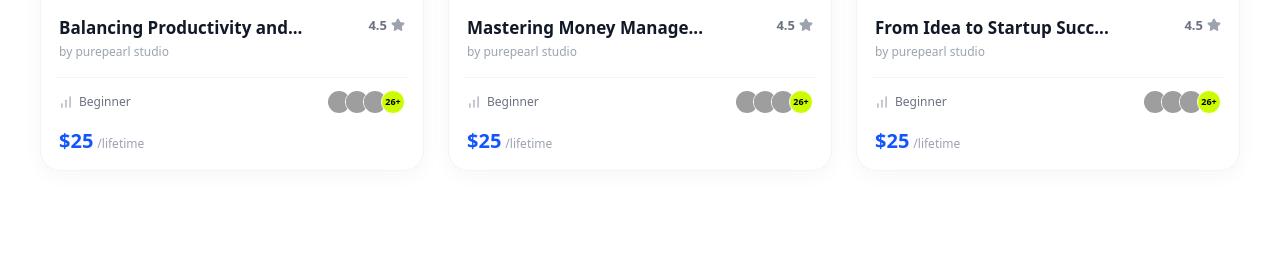
Repository: mdkawsarjomadder/bytespace
Page: /
These files come from the project's save history. The page is drawn as it stood at one moment and after the next save; the edit follows.
The browser window is 1280 px wide. The pictures show the part of the page from y = 2355 to 3147 px (the page is 2622 px tall before and 3147 px after).
Pictures or frames that could not be fetched are drawn as grey boxes. Some web fonts or font styles are not loaded; a fallback is used. The project was rebuilt for these pictures with package versions that can differ from the ones it lists, and the page was loaded fresh each time. Also part of the build but not shown: vite.config.js.

Above is the page before, as saved 2026-09-29 23:41:34.

### index.html
<!doctype html>
<html lang="en">
  <head>
    <meta charset="UTF-8" />
    <link rel="icon" type="image/svg+xml" href="/favicon.svg" />
    <meta name="viewport" content="width=device-width, initial-scale=1.0" />
    <title>bytespace</title>
  </head>
  <body>
    <div id="root"></div>
    <script type="module" src="/src/main.jsx"></script>
    <link href="https://api.fontshare.com/v2/css?f[]=satoshi@400,500,700&display=swap" rel="stylesheet">
  </body>
</html>

### src/App.jsx
import React from 'react';
import Navbar from './components/Navbar';
import Hero from './components/Hero';
import CategoryPills from './components/CategoryPills';
import CourseGrid from './components/CourseGrid';

function App() {
  return (
    <div className="min-h-screen bg-gray-50 font-sans">
      <Navbar />
      <Hero />
      < CategoryPills/>
      < CourseGrid/>
    </div>
  );
}

export default App;

### src/components/Navbar.jsx
import React from 'react';
import { ShoppingBag } from 'lucide-react';

const Navbar = () => {
  return (
    <header className="w-full h-[120px] bg-[#1456fd] border-b border-blue-400/20 pl-[122px] pr-16 flex items-center justify-between relative z-50">
      {/* 1. Brand Logo (Figma Specs: 171px x 37px) */}
      <div
        className="w-[171px] h-[37px] flex items-center gap-3 cursor-pointer select-none"
        style={{ opacity: 1 }}
      >
        {/* Play Icon Logo */}
        <div className="w-[37px] h-[37px] rounded-full bg-[#d2fb1b] flex items-center justify-center shrink-0">
          <svg
            className="w-4 h-4 text-black fill-current translate-x-0.5"
            viewBox="0 0 24 24"
          >
            <path d="M8 5v14l11-7z" />
          </svg>
        </div>
        {/* Logo Text */}
        <span className="text-[28px] font-bold tracking-tight text-white leading-none font-['Satoshi']">
          ByteSpace
        </span>
      </div>

      {/* 2. Navigation Links */}
      <nav className="hidden md:flex items-center gap-8 font-['Satoshi']">
        <a
          href="#home"
          className="text-[#F5F5F6] text-[16px] leading-[160%] font-normal hover:text-[#d2fb1b] transition-colors"
        >
          Home
        </a>
        <a
          href="#courses"
          className="w-[58px] h-[26px] flex items-center text-[#F5F5F6] text-[16px] leading-[160%] font-normal hover:text-[#d2fb1b] transition-colors"
          style={{ opacity: 1 }}
        >
          Courses
        </a>
        <a
          href="#creators"
          className="text-[#F5F5F6] text-[16px] leading-[160%] font-normal hover:text-[#d2fb1b] transition-colors"
        >
          Creators
        </a>
      </nav>

      {/* 3. Action Buttons & Cart */}
      <div className="flex items-center gap-6 font-['Satoshi']">
        <button
          className="w-[49px] h-[24px] flex items-center justify-center text-[#F5F5F6] text-[16px] leading-[24px] font-normal hover:text-white/80 transition-colors"
          style={{ opacity: 1 }}
        >
          Sign In
        </button>
        <button
          className="h-[24px] px-2 flex items-center justify-center text-[#F5F5F6] text-[16px] leading-[24px] font-normal hover:text-white/80 transition-colors"
          style={{ opacity: 1 }}
        >
          Join us
        </button>
        <button className="text-[#F5F5F6] hover:text-[#d2fb1b] transition-colors flex items-center justify-center ml-2">
          <ShoppingBag size={22} strokeWidth={2} />
        </button>
      </div>
    </header>
  );
};

export default Navbar;

### src/components/CategoryPills.jsx
import React, { useState } from 'react';

const CategoryPills = () => {
  const [activeCategory, setActiveCategory] = useState('Featured');

  // ফিগমার হুবহু ৩টি সারি
  const row1 = [
    'Featured',
    'Music',
    'Drawing & Painting',
    'Marketing',
    'Animation',
    'Social Media',
    'UI/UX Design',
    'Creative Marketing',
  ];

  const row2 = [
    'Digital Illustration',
    'Film & Video',
    'Crafts',
    'Freelance & Entrepreneurship',
    'Graphic Design',
    'Photography',
  ];

  const row3 = [
    'Productivity',
    'Web Development',
    'Data Science',
    'Cooking',
  ];

  return (
    <section className="w-full bg-white pt-24 pb-20 px-4 flex flex-col items-center text-center">
      <div className="w-full max-w-[1200px] mx-auto flex flex-col items-center">

        {/* Title */}
        <h2 className="text-3xl md:text-[44px] font-bold text-[#141518] tracking-tight leading-[1.2] font-['Satoshi',sans-serif]">
          Discover Your Passion, <br /> Build Your Skills
        </h2>

        {/* Subtitle */}
        <p className="mt-4 text-[15px] text-gray-500 max-w-[650px] leading-relaxed font-normal">
          At Bytespace Courses, we bring you closer to life-changing knowledge. Explore a variety of courses across different fields, from technology to the arts, and make a difference in your career and life.
        </p>

        {/* Category Filter Pills (Strict 3 Rows) */}
        <div className="mt-12 flex flex-col items-center gap-3.5 w-full">

          {/* Row 1: 8 Items (No wrap on large screens) */}
          <div className="flex flex-wrap lg:flex-nowrap justify-center items-center gap-2.5">
            {row1.map((item) => (
              <button
                key={item}
                onClick={() => setActiveCategory(item)}
                className={`px-4 py-2 rounded-full text-[13px] font-medium transition-all whitespace-nowrap cursor-pointer ${
                  activeCategory === item
                    ? 'bg-[#CBFC01] text-black font-semibold'
                    : 'bg-[#F4F5F7] text-gray-700 hover:bg-gray-200'
                }`}
              >
                {item}
              </button>
            ))}
          </div>

          {/* Row 2: 6 Items */}
          <div className="flex flex-wrap lg:flex-nowrap justify-center items-center gap-2.5">
            {row2.map((item) => (
              <button
                key={item}
                onClick={() => setActiveCategory(item)}
                className={`px-4 py-2 rounded-full text-[13px] font-medium transition-all whitespace-nowrap cursor-pointer ${
                  activeCategory === item
                    ? 'bg-[#CBFC01] text-black font-semibold'
                    : 'bg-[#F4F5F7] text-gray-700 hover:bg-gray-200'
                }`}
              >
                {item}
              </button>
            ))}
          </div>

          {/* Row 3: 4 Items + More Button */}
          <div className="flex flex-wrap justify-center items-center gap-2.5">
            {row3.map((item) => (
              <button
                key={item}
                onClick={() => setActiveCategory(item)}
                className={`px-4 py-2 rounded-full text-[13px] font-medium transition-all whitespace-nowrap cursor-pointer ${
                  activeCategory === item
                    ? 'bg-[#CBFC01] text-black font-semibold'
                    : 'bg-[#F4F5F7] text-gray-700 hover:bg-gray-200'
                }`}
              >
                {item}
              </button>
            ))}

            {/* + More Button */}
            <button className="px-3 py-2 text-[13px] font-semibold text-[#1456fd] hover:underline cursor-pointer flex items-center gap-1">
              + More
            </button>
          </div>

        </div>

      </div>
    </section>
  );
};

export default CategoryPills;

### src/components/CourseGrid.jsx
import React from 'react';
import { Star, BarChart } from 'lucide-react';

const courses = [
  {
    id: 1,
    title: 'Learn Figma from Basic',
    author: 'purepearl studio',
    rating: '4.5',
    lessons: '17 Lessons',
    duration: '2 hours 16 mins',
    comments: '59 Comments',
    level: 'Beginner',
    price: '$25',
    image: 'https://images.unsplash.com/photo-1581291518857-4e27b48ff24e?auto=format&fit=crop&w=600&q=80',
  },
  {
    id: 2,
    title: 'Build Digital Asset',
    author: 'purepearl studio',
    rating: '4.5',
    lessons: '17 Lessons',
    duration: '2 hours 16 mins',
    comments: '59 Comments',
    level: 'Beginner',
    price: '$25',
    image: 'https://images.unsplash.com/photo-1507238691740-187a5b1d37b8?auto=format&fit=crop&w=600&q=80',
  },
  {
    id: 3,
    title: 'the Power of Big Data',
    author: 'purepearl studio',
    rating: '4.5',
    lessons: '17 Lessons',
    duration: '2 hours 16 mins',
    comments: '59 Comments',
    level: 'Beginner',
    price: '$25',
    image: 'https://images.unsplash.com/photo-1551288049-bebda4e38f71?auto=format&fit=crop&w=600&q=80',
  },
  {
    id: 4,
    title: 'Balancing Productivity and...',
    author: 'purepearl studio',
    rating: '4.5',
    lessons: '17 Lessons',
    duration: '2 hours 16 mins',
    comments: '59 Comments',
    level: 'Beginner',
    price: '$25',
    image: 'https://images.unsplash.com/photo-1498050108023-c5249f4df085?auto=format&fit=crop&w=600&q=80',
  },
  {
    id: 5,
    title: 'Mastering Money Manage...',
    author: 'purepearl studio',
    rating: '4.5',
    lessons: '17 Lessons',
    duration: '2 hours 16 mins',
    comments: '59 Comments',
    level: 'Beginner',
    price: '$25',
    image: 'https://images.unsplash.com/photo-1590283603385-17ffb3a7f29f?auto=format&fit=crop&w=600&q=80',
  },
  {
    id: 6,
    title: 'From Idea to Startup Succ...',
    author: 'purepearl studio',
    rating: '4.5',
    lessons: '17 Lessons',
    duration: '2 hours 16 mins',
    comments: '59 Comments',
    level: 'Beginner',
    price: '$25',
    image: 'https://images.unsplash.com/photo-1522071820081-009f0129c71c?auto=format&fit=crop&w=600&q=80',
  },
];

const CourseGrid = () => {
  return (
    <section className="w-full bg-white pb-24 px-4 flex justify-center">
      <div className="w-full max-w-[1200px]">
        {/* Course Cards Grid */}
        <div className="grid grid-cols-1 md:grid-cols-2 lg:grid-cols-3 gap-6">
          {courses.map((course) => (
            <div
              key={course.id}
              className="bg-white rounded-[20px] p-3.5 border border-gray-100 shadow-[0_4px_20px_rgba(0,0,0,0.04)] hover:shadow-lg transition-all duration-300 flex flex-col justify-between"
            >
              {/* Image & Overlay Meta Pills */}
              <div className="relative w-full h-[200px] rounded-[16px] overflow-hidden">
                <img
                  src={course.image}
                  alt={course.title}
                  className="w-full h-full object-cover"
                />

                {/* Glassmorphism Bottom Pills */}
                <div className="absolute bottom-2.5 left-2.5 right-2.5 flex items-center justify-between gap-1.5">
                  <span className="bg-white/70 backdrop-blur-md text-[11px] font-medium text-gray-700 px-2.5 py-1 rounded-full whitespace-nowrap">
                    {course.lessons}
                  </span>
                  <span className="bg-white/70 backdrop-blur-md text-[11px] font-medium text-gray-700 px-2.5 py-1 rounded-full whitespace-nowrap">
                    {course.duration}
                  </span>
                  <span className="bg-white/70 backdrop-blur-md text-[11px] font-medium text-gray-700 px-2.5 py-1 rounded-full whitespace-nowrap">
                    {course.comments}
                  </span>
                </div>
              </div>

              {/* Title, Rating & Author */}
              <div className="pt-4 px-1">
                <div className="flex items-start justify-between gap-2">
                  <h3 className="text-[17px] font-bold text-gray-900 leading-snug line-clamp-1">
                    {course.title}
                  </h3>
                  <div className="flex items-center gap-1 text-[13px] font-semibold text-gray-500 shrink-0">
                    <span>{course.rating}</span>
                    <Star className="w-3.5 h-3.5 fill-gray-400 text-gray-400" />
                  </div>
                </div>
                <p className="text-[12px] text-gray-400 mt-1">by {course.author}</p>
              </div>

              {/* Divider / Spacer */}
              <div className="mt-4 pt-3 border-t border-gray-100 px-1">
                {/* Level Badge & Students Stack */}
                <div className="flex items-center justify-between">
                  <div className="flex items-center gap-1.5 text-[12px] font-medium text-gray-500">
                    <BarChart className="w-3.5 h-3.5 text-gray-400" />
                    <span>{course.level}</span>
                  </div>

                  {/* Avatars */}
                  <div className="flex items-center -space-x-1.5">
                    <img className="w-6 h-6 rounded-full border border-white object-cover" src="https://images.unsplash.com/photo-1534528741775-53994a69daeb?auto=format&fit=crop&w=64&q=80" alt="avatar" />
                    <img className="w-6 h-6 rounded-full border border-white object-cover" src="https://images.unsplash.com/photo-1507003211169-0a1dd7228f2d?auto=format&fit=crop&w=64&q=80" alt="avatar" />
                    <img className="w-6 h-6 rounded-full border border-white object-cover" src="https://images.unsplash.com/photo-1494790108377-be9c29b29330?auto=format&fit=crop&w=64&q=80" alt="avatar" />
                    <div className="w-6 h-6 rounded-full bg-[#CBFC01] border border-white flex items-center justify-center text-[9px] font-bold text-black">
                      26+
                    </div>
                  </div>
                </div>

                {/* Price */}
                <div className="mt-3 flex items-baseline gap-1">
                  <span className="text-[20px] font-bold text-[#1456fd]">{course.price}</span>
                  <span className="text-[12px] text-gray-400 font-normal">/lifetime</span>
                </div>
              </div>
            </div>
          ))}
        </div>
      </div>
    </section>
  );
};

export default CourseGrid;

### src/components/LearningPaths.jsx
import React from 'react';
import { PenTool, Code, Laptop, Building2, Megaphone, Camera } from 'lucide-react';

const paths = [
  { id: 1, name: 'Design', icon: PenTool },
  { id: 2, name: 'Development', icon: Code },
  { id: 3, name: 'IT & Software', icon: Laptop },
  { id: 4, name: 'Business', icon: Building2 },
  { id: 5, name: 'Marketing', icon: Megaphone },
  { id: 6, name: 'Photography', icon: Camera },
];

const LearningPaths = () => {
  return (
    <section className="w-full bg-white py-20 px-4 flex justify-center">
      <div className="w-full max-w-[1202px] flex flex-col items-center text-center">

        {/* Title */}
        <h2 className="text-3xl md:text-[44px] font-bold text-[#141518] tracking-tight leading-[1.2] font-['Satoshi',sans-serif]">
          Explore Diverse Learning Paths at Bytespace
        </h2>

        {/* Subtitle */}
        <p className="mt-4 text-sm md:text-[15px] text-gray-500 max-w-[760px] leading-relaxed font-normal">
          At Bytespace, we believe in empowering individuals through knowledge. Our diverse range of courses spans various fields, ensuring there's something for everyone. Unleash your potential and explore our carefully curated categories.
        </p>

        {/* Learning Path 6 Cards Row (Figma: 1202px x 167px) */}
        <div className="mt-14 w-full grid grid-cols-2 sm:grid-cols-3 lg:grid-cols-6 gap-4">
          {paths.map((item) => {
            const Icon = item.icon;
            return (
              <div
                key={item.id}
                className="h-[167px] bg-white rounded-[24px] border border-gray-200/90 hover:border-gray-300 shadow-[0_4px_20px_rgba(0,0,0,0.02)] hover:shadow-md transition-all duration-200 flex flex-col items-center justify-center gap-4 cursor-pointer group"
              >
                {/* Lime Circular Icon */}
                <div className="w-14 h-14 rounded-full bg-[#CBFC01] flex items-center justify-center transition-transform group-hover:scale-110">
                  <Icon className="w-6 h-6 text-black stroke-[2.2]" />
                </div>

                {/* Path Label */}
                <span className="text-[15px] font-bold text-gray-900 group-hover:text-[#1456fd] transition-colors">
                  {item.name}
                </span>
              </div>
            );
          })}
        </div>

      </div>
    </section>
  );
};

export default LearningPaths;

Loaded but not shown: src/main.jsx (common file); src/index.css (common file); tailwind.config.js (common file); src/components/Hero.jsx (220 lines, source omitted)

After the next save:
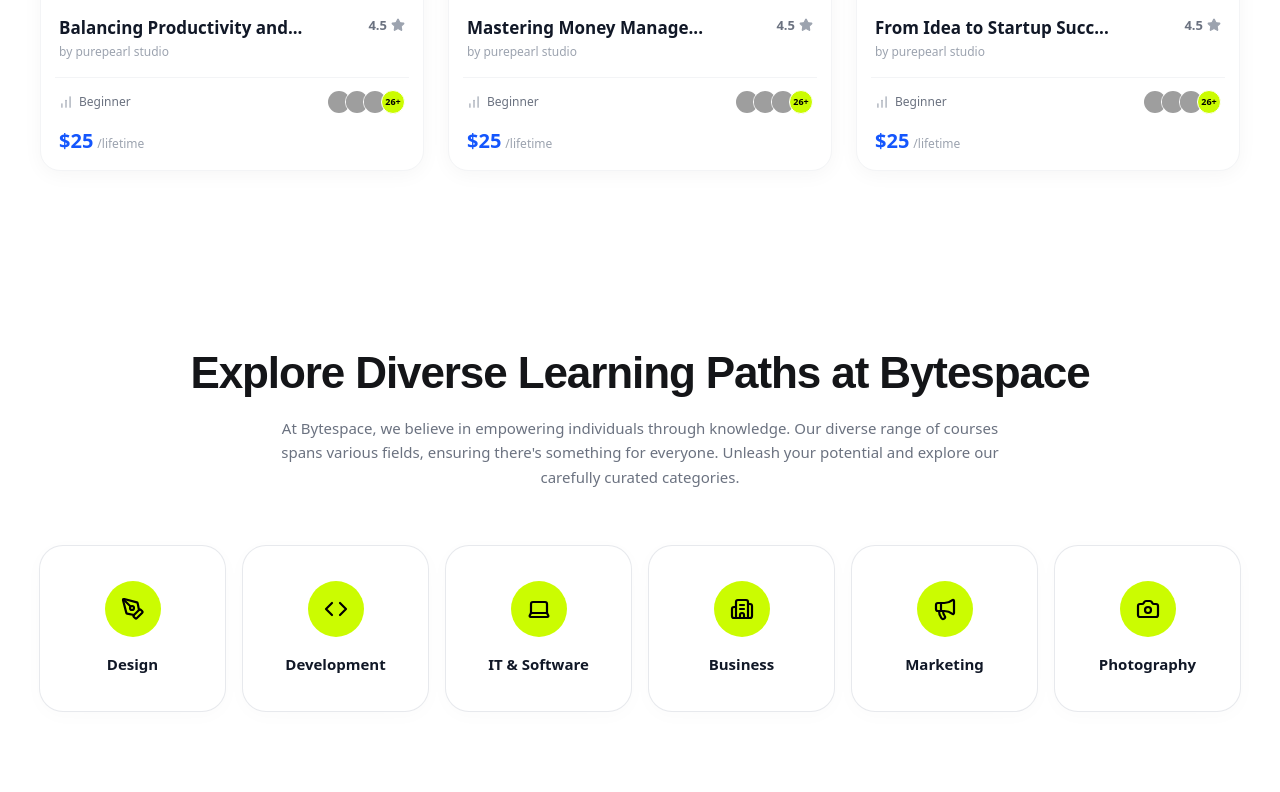
Saved 19 s later.
--- a/src/App.jsx
+++ b/src/App.jsx
@@ -3,6 +3,7 @@ import Navbar from './components/Navbar';
 import Hero from './components/Hero';
 import CategoryPills from './components/CategoryPills';
 import CourseGrid from './components/CourseGrid';
+import LearningPaths from './components/LearningPaths';
 
 function App() {
   return (
@@ -11,6 +12,7 @@ function App() {
       <Hero />
       < CategoryPills/>
       < CourseGrid/>
+      < LearningPaths/>
     </div>
   );
 }
